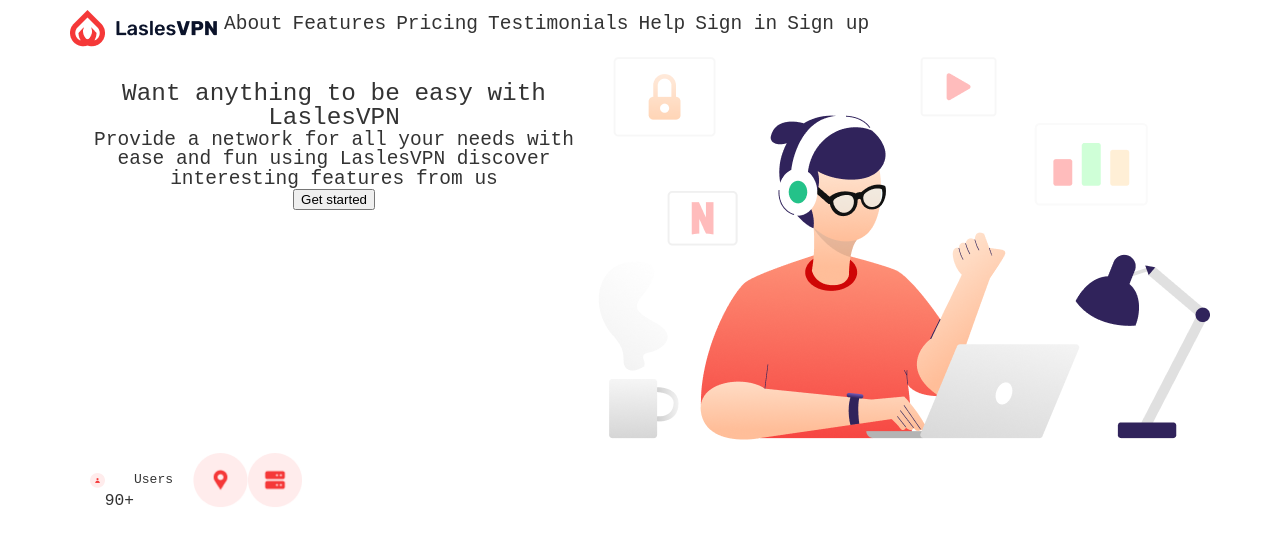
Repository: RaphaelMatheus-br/LP-251123
Page: index.html
An editor plug-in stored every save of this project. The page is shown before and after the next save, followed by the edit.
The browser window is 1280 px wide. The pictures show the whole page.

Above is the page before, as saved 2023-11-25 12:19:13.

### index.html
<!DOCTYPE html>
<html lang="en">

<head>
    <meta charset="UTF-8">
    <meta name="viewport" content="width=device-width, initial-scale=1.0">
    <title>Document</title>
    <link rel="stylesheet" href="style.css">
</head>

<body>

<section class="container flex">
    <img src="./imagens/Logo.png" alt="logo">
	<div class="item">About</div>
	<div class="item">Features</div>
	<div class="item">Pricing</div>
	<div class="item">Testimonials</div>
	<div class="item">Help</div>
	<div class="item">Sign in</div>
    <div class="item">Sign up</div>
</section>

<section class="container row">
    <div class="item">
        <h1 class="sobre__titulo">Want anything to be easy with LaslesVPN</h1>
        <p class="sobre__descricao">Provide a network for all your needs with ease and fun using LaslesVPN discover interesting features from us</p>
        <button class="sobre__botao">Get started</button>
    </div>
    <div class="img">
        <img src="./imagens/Illustration 1.png" alt="ilutracao__1">
    </div>
</section>

<section class="container rectangle">
    <div class="icons">
        <div class="user">
            <img src="./imagens/user.png" alt="user__img">
            <h1 class="sobre__user">90+</h1>
            <p class="p__user">Users</p>
        </div>
	    <img src="./imagens/location.png" alt="location">
	    <img src="./imagens/Server.png" alt="server">
    </div>
</section>

</body>
</html>

### style.css
html, body, div, span, applet, object, iframe,
h1, h2, h3, h4, h5, h6, p, blockquote, pre,
a, abbr, acronym, address, big, cite, code,
del, dfn, em, img, ins, kbd, q, s, samp,
small, strike, strong, sub, sup, tt, var,
b, u, i, center,
dl, dt, dd, ol, ul, li,
fieldset, form, label, legend,
table, caption, tbody, tfoot, thead, tr, th, td,
article, aside, canvas, details, embed,
figure, figcaption, footer, header, hgroup,
menu, nav, output, ruby, section, summary,
time, mark, audio, video {
	margin: 0;
	padding: 0;
	border: 0;
	font-size: 100%;
	font: inherit;
	vertical-align: baseline;
    background: white;
}
/* HTML5 display-role reset for older browsers */
article, aside, details, figcaption, figure,
footer, header, hgroup, menu, nav, section {
	display: block;
}
body {
	line-height: 1;
}

ol, ul {
	list-style: none;
}
blockquote, q {
	quotes: none;
}
blockquote:before, blockquote:after,
q:before, q:after {
	content: '';
	content: none;
}
table {
	border-collapse: collapse;
	border-spacing: 0;
}

.container {
    max-width: 1140px;
    margin: 0 auto;
    position: relative;
    padding-top: 10px;
}

/* Flex */
.flex {
	display: flex;
}

.flex-wrap {
	flex-wrap: wrap;
}

.flex-item-1 {
	flex: 1;
}

/* Flex Item */
.item {
	margin: 5px;
	text-align: center;
	font-size: 1.5em;
}

h1 {
	text-align: center;
	margin: 20px 0 0 0;
	font-size: 1.25em;
	font-weight: normal;
}

body {
	font-family: monospace;
	color: #333;
}

.row {
	display: flex;
}

.rectangle {
display: flex;
width: 1140px;
height: 200px;
flex-shrink: 0;
border-radius: 10px;
background: #FFF;
}

.icons {
width: 55px;
height: 55px;
flex-shrink: 0;
display: flex;
}

.user {
    display: flex;;
    padding: 20px;
}

After the next save:
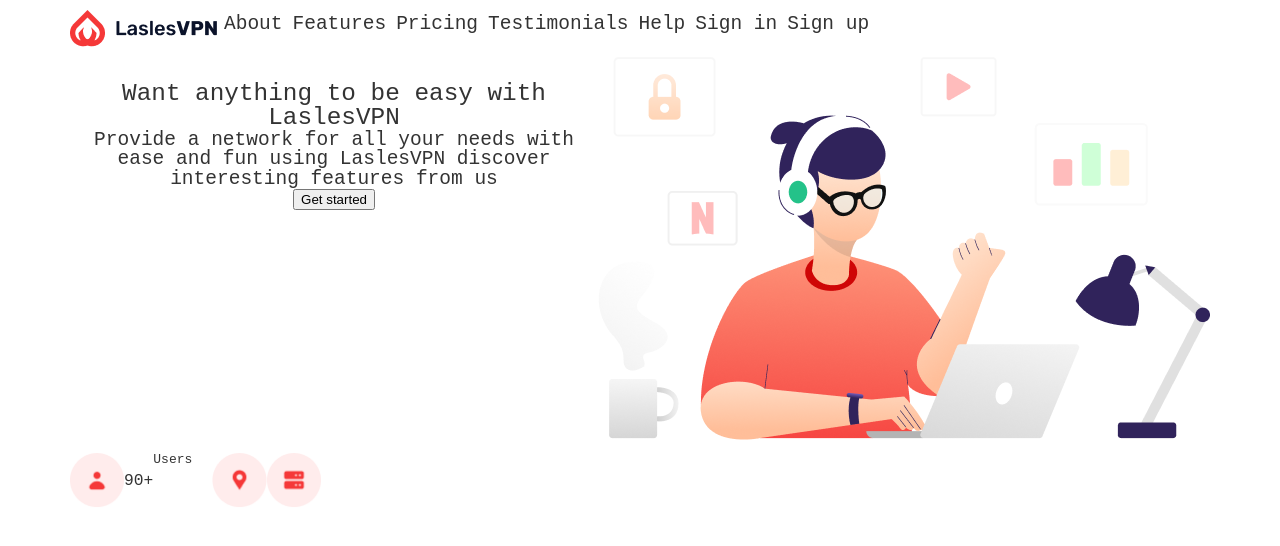
Saved 19 s later.
--- a/style.css
+++ b/style.css
@@ -105,5 +105,5 @@
 
 .user {
     display: flex;;
-    padding: 20px;
+    margin-right: 20px;
 }
